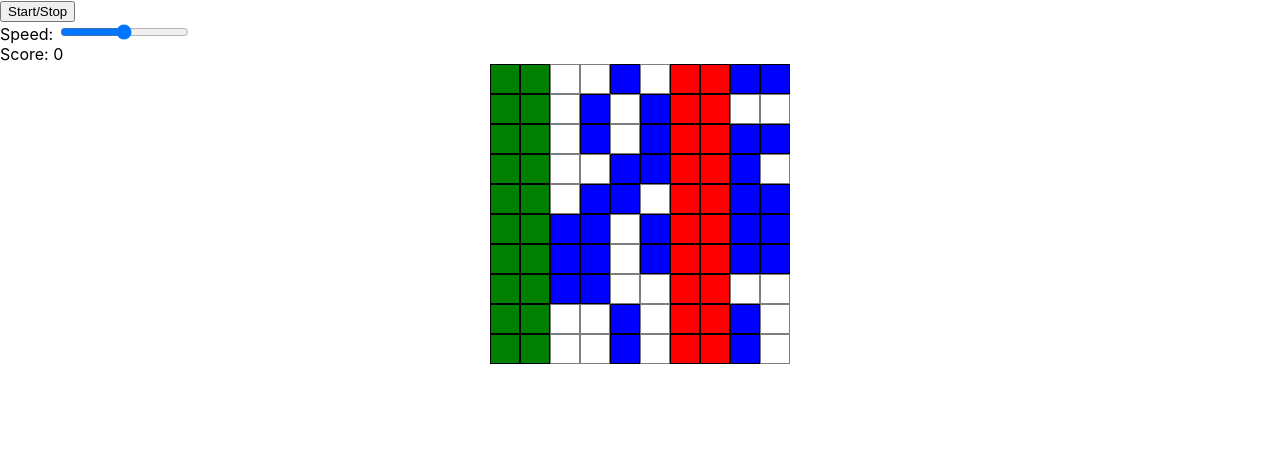
Repository: drumsmanku/grid-game
Page: / (app in client/)
These files come from the project's save history. The page is drawn as it stood at one moment and after the next save; the edit follows.
The browser window is 1280 px wide. The pictures show the whole page.
The project was rebuilt for these pictures with package versions that can differ from the ones it lists, and the page was loaded fresh each time. Also part of the build but not shown: client/src/App.css.

Above is the page before, as saved 2024-03-23 16:47:10.

### client/src/App.js
import './App.css';
import Grid from './components/Grid';

function App() {
  return (
    <div className="App">
     <Grid/>
    </div>
  );
}

export default App;

### client/src/components/Grid.js
import React, { useState, useEffect } from 'react';
import './Grid.css';

// Initial base grid creation function simplified for this example
const initialBaseGrid = () => {
  let baseGrid = [];
  for (let row = 0; row < 10; row++) {
    let currentRow = [];
    for (let col = 0; col < 10; col++) {
      if (col < 2) {
        currentRow.push('green');
      } else if (col < 6 || col >= 8) {
        currentRow.push(Math.random() < 0.5 ? 'blue' : '');
      } else {
        currentRow.push('');
      }
    }
    baseGrid.push(currentRow);
  }
  return baseGrid;
};


function Grid() {
  const [baseGrid, setBaseGrid] = useState(initialBaseGrid());
  const [redPositions, setRedPositions] = useState([6, 7]); // Initial red columns positions
  const [moveDirection, setMoveDirection] = useState(1); // 1 for right, -1 for left
  const [score, setScore] = useState(0);
  const [isRunning, setIsRunning] = useState(false);
  const [speed, setSpeed] = useState(3);

  useEffect(() => {
    setIsRunning(false);
    setBaseGrid(initialBaseGrid());
    setScore(0);
  }, []);

  useEffect(() => {
    let intervalId;
    if (isRunning) {
      intervalId = setInterval(() => {
        setRedPositions(currPositions => {
          let newPosition = currPositions.map(p => p + moveDirection);
          // Check for boundaries and change direction if needed
          if (newPosition.some(p => p >= 10) || newPosition.some(p => p <= 1)) {
            setMoveDirection(-moveDirection); // Reverse the direction
            // Adjust newPosition to ensure it stays within bounds after direction change
            newPosition = currPositions.map(p => p + (-moveDirection));
          }
          return newPosition;
        });
      }, 250 / speed);
    }
    return () => clearInterval(intervalId);
  }, [isRunning, speed, moveDirection]);

  const handleClick = (row, col) => {
    const color = redPositions.includes(col) ? 'red' : baseGrid[row][col];
    // Update score based on color
    if (color === 'blue') {
      setScore((prevScore) => prevScore + 10);
    } else if (color === 'red') {
      setScore((prevScore) => prevScore - 10);
    }
    // Blink and other effects can be handled here as needed
  };

  // Combine redPositions with base grid before rendering
  const combinedGrid = baseGrid.map((row, rowIndex) =>
    row.map((cell, colIndex) =>
      redPositions.includes(colIndex) ? 'red' : cell
    )
  );

  // Speed change handler remains unchanged
  const handleSpeedChange = (event) => {
    const newSpeed = parseInt(event.target.value);
    setSpeed(newSpeed >= 1 && newSpeed <= 5 ? newSpeed : speed);
  };

  // Render method remains largely unchanged, using combinedGrid for display
  return (
    <div className="Grid">
      <button onClick={() => {
        setIsRunning(!isRunning);
        setScore(0);
        setBaseGrid(initialBaseGrid());
        setRedPositions([6, 7]); // Reset initial positions
        setMoveDirection(1); // Reset to move right
      }}>Start/Stop</button>
      <div>Speed: <input type="range" min="1" max="5" value={speed} onChange={handleSpeedChange} /></div>
      <div>Score: {score}</div>
      <div style={{ display: 'flex', flexDirection: 'column', alignItems: 'center' }}>
        {combinedGrid.map((row, rowIndex) => (
          <div key={rowIndex} style={{ display: 'flex' }}>
            {row.map((col, colIndex) => (
              <div key={`${rowIndex}-${colIndex}`}
                   onClick={() => handleClick(rowIndex, colIndex)}
                   style={{
                     width: '30px',
                     height: '30px',
                     backgroundColor: col || 'white',
                     border: '1px solid black',
                     boxSizing: 'border-box',
                     opacity: col ? 1 : 0.5
                   }}>
              </div>
            ))}
          </div >
          ))}
      </div>
    </div>
  );
}

export default Grid;

### client/src/components/Grid.css
.grid {
  display: flex;
  flex-direction: column;
  background-color: black; /* Set background color of entire grid to black */
  padding: 10px; /* Add padding to create space between grid and container */
}

.row {
  display: flex;
}

.cell {
  width: 40px;
  height: 40px;
  border: 1px solid #000;
  border-radius: 1rem; /* Add rounded border radius */
  margin: 5px; /* Add margin to create space between each box */
}

.green {
  background-color: green;
}

.blue {
  background-color: blue;
}

.red {
  background-color: red;
}

.clicked {
  animation: blink 0.5s linear 3;
}

@keyframes blink {
  50% { opacity: 0; }
}

Loaded but not shown: client/public/index.html (common file); client/src/index.js (common file); client/src/index.css (common file)

After the next save:
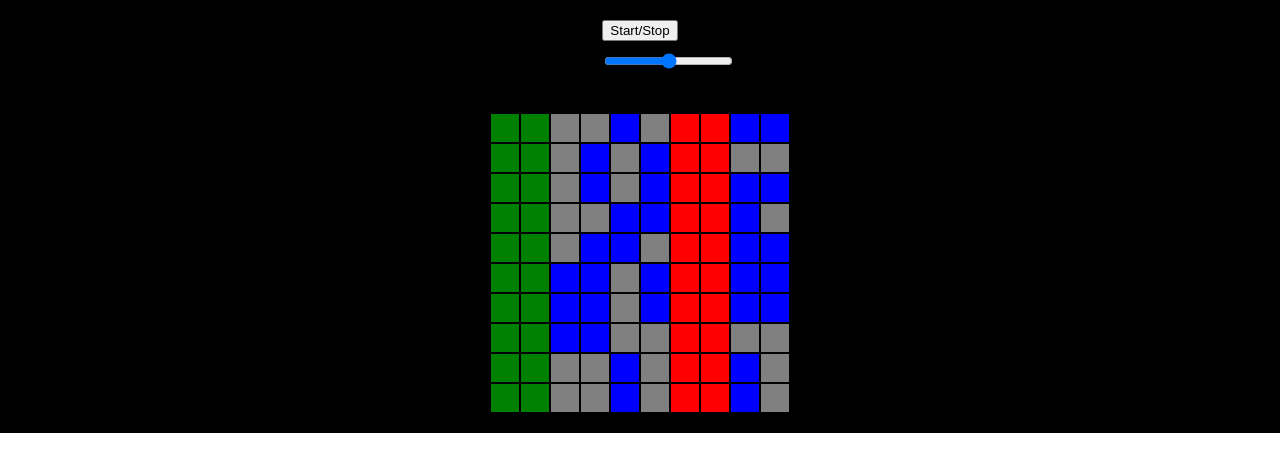
Saved 11 min 37 s later.
--- a/client/src/components/Grid.css
+++ b/client/src/components/Grid.css
@@ -1,36 +1,38 @@
-.grid {
+.Grid {
+  background-color: black; /* Set the background of the entire grid to black */
   display: flex;
   flex-direction: column;
-  background-color: black; /* Set background color of entire grid to black */
-  padding: 10px; /* Add padding to create space between grid and container */
+  gap: 10px; /* Adds space between rows */
+  padding: 20px; /* Adds padding around the grid */
+  align-items: center;
 }
 
 .row {
   display: flex;
+  gap: 10px; /* Adds space between boxes */
 }
 
 .cell {
   width: 40px;
   height: 40px;
   border: 1px solid #000;
-  border-radius: 1rem; /* Add rounded border radius */
-  margin: 5px; /* Add margin to create space between each box */
+  border-radius: 1rem; /* Makes the border of each box rounded */
+  display: flex;
+  justify-content: center;
+  align-items: center;
 }
 
 .green {
   background-color: green;
 }
 
-.blue {
-  background-color: blue;
-}
+.blue { background-color: blue; }
 
-.red {
-  background-color: red;
-}
+.red { background-color: red; }
 
 .clicked {
   animation: blink 0.5s linear 3;
+  /* Ensures that the clicked animation can be applied to a cell with rounded borders and spacing */
 }
 
 @keyframes blink {

After the save that followed:
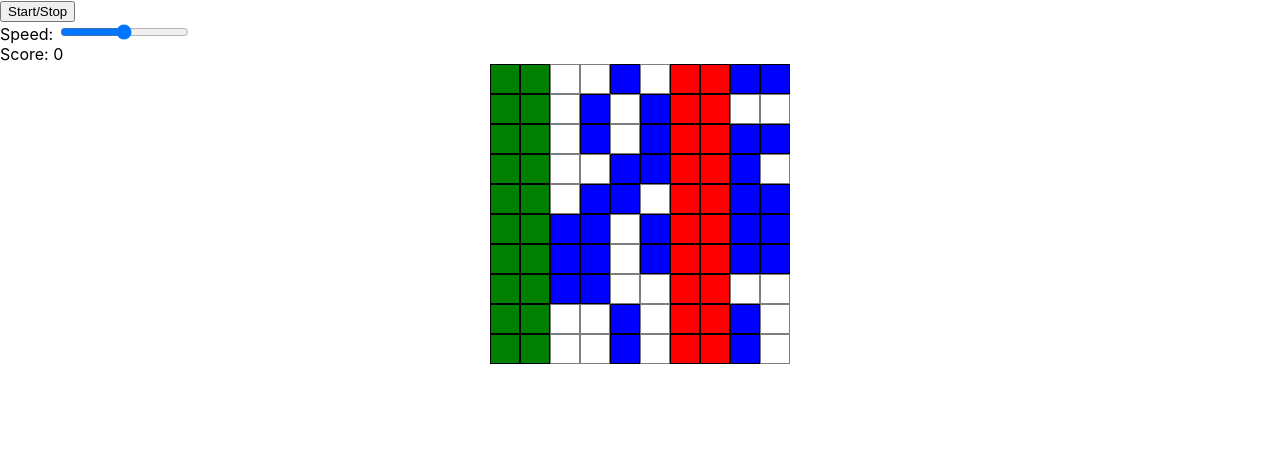
Saved 62 s later.
--- a/client/src/components/Grid.css
+++ b/client/src/components/Grid.css
@@ -1,39 +1,25 @@
-.Grid {
-  background-color: black; /* Set the background of the entire grid to black */
+.grid {
   display: flex;
   flex-direction: column;
-  gap: 10px; /* Adds space between rows */
-  padding: 20px; /* Adds padding around the grid */
-  align-items: center;
 }
 
 .row {
   display: flex;
-  gap: 10px; /* Adds space between boxes */
 }
 
 .cell {
   width: 40px;
   height: 40px;
   border: 1px solid #000;
-  border-radius: 1rem; /* Makes the border of each box rounded */
-  display: flex;
-  justify-content: center;
-  align-items: center;
 }
 
 .green {
   background-color: green;
-}
 
+ }
 .blue { background-color: blue; }
-
 .red { background-color: red; }
-
-.clicked {
-  animation: blink 0.5s linear 3;
-  /* Ensures that the clicked animation can be applied to a cell with rounded borders and spacing */
-}
+.clicked { animation: blink 0.5s linear 3; }
 
 @keyframes blink {
   50% { opacity: 0; }
